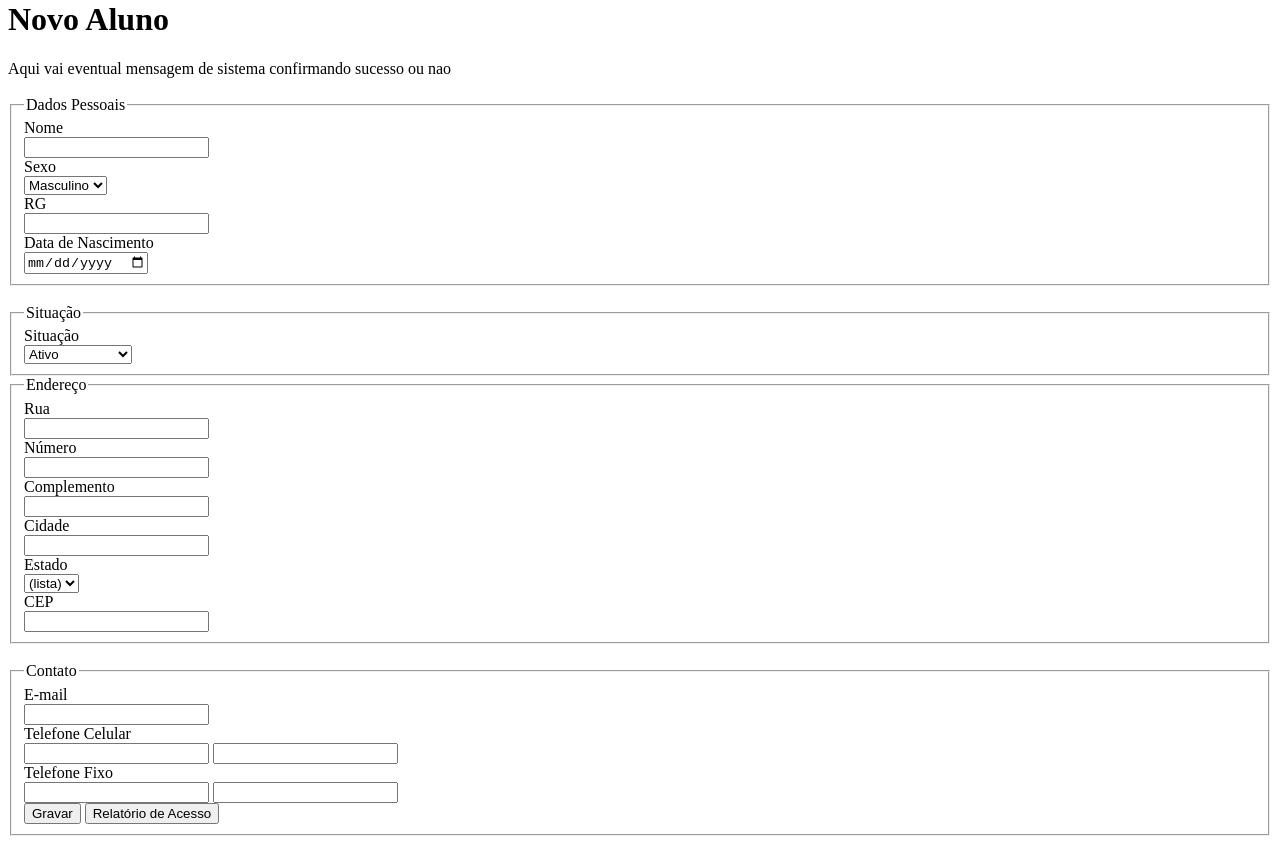
Repository: fabiodaemon/Loucademia
Page: Loucademia/WebContent/WEB-INF/novoAluno.html
These files come from the project's save history. The page is drawn as it stood at one moment and after the next save; the edit follows.
The browser window is 1280 px wide. The pictures show the part of the page from y = 422 to 1266 px (the page is 1266 px tall).
A picture or video elsewhere on the page could not be fetched, so the positions and the page height are approximate.

Above is the page before, as saved 2019-01-27 22:32:17.

### Loucademia/WebContent/WEB-INF/novoAluno.html
<!-- Cabeçalho - Início -->
<!DOCTYPE html>
	<head>
		<meta charset="utf-8">
		<title>Loucademia</title>
	</head>
	<body>
		<header>
			<img src="images/logo-saimoveis.jpg">
			<nav>
				<div>
					<a href="novoAluno.html">Novo Aluno</a><br>
					<a href="pesquisaDeAluno.html">Pesquisa de Aluno</a><br>
					<a href="controleDeAcesso.html">Controle de Acesso</a><br>
					<a href="relatoriosDeEntradaSaída.html">Relatórios de Entradas e Saídas</a><br>
					<a href="relatoriosDeSituacoes.html">Relatórios de Situações</a><br>
				</div>
			</nav>
		</header>
<!-- Cabeçalho - Fim -->

	<h1>Novo Aluno</h1>

	<div id="infoMessage"> Aqui vai eventual mensagem de sistema confirmando sucesso ou nao</div>

	<br>

	<form>

		<fieldset>
		<legend>Dados Pessoais</legend>

			<label for="nome">Nome</label> <br>
			<input type="text" name="nome" id="nome"><br>

			<label for="sexo">Sexo</label><br>
			<select name="sexo" id="sexo">
				<option>Masculino</option>
				<option>Feminino</option>
			</select><br>

			<label for="rg">RG</label> <br>
			<input type="text" name="rg" id="rg"><br>

			<label for="datadenascimento">Data de Nascimento</label> <br>
			<input type="date" name="datadenascimento" id="datadenascimento">

		</fieldset>

		<br>

		<fieldset>
			<legend>Situação</legend>

			<label for="situacao">Situação</label><br>
			<select name="situacao" id="situacao">
				<option>Ativo</option>
				<option>Inativo</option>
				<option>Em pendência</option>
			</select>
		</fieldset>

		<fieldset>
			<legend>Endereço</legend>

			<label for="rua">Rua</label><br>
			<input type="text" name="rua" id="rua"><br>

			<label for="rua">Número</label><br>
			<input type="text" name="numero" id="numero"><br>

			<label for="complemento">Complemento</label><br>
			<input type="text" name="complemento" id="complemento"><br>

			<label for="cidade">Cidade</label><br>
			<input type="text" name="cidade" id="cidade"><br>

			<label for="estado">Estado</label><br>
				<select name="estado" id="estado>">
					<option>(lista)</option>
				</select><br>

			<label for="cep">CEP</label><br>
			<input type="text" name="cep" id="cep"><br>

		</fieldset><br>


		<fieldset>
			<legend>Contato</legend>

			<label for="email">E-mail</label><br>
			<input type="email" name="email" id="email"><br>

			<label for="telefoneCelularDDD">Telefone Celular</label><br>
			<input type="tel" name="telefoneCelularDDD" id="telefoneCelularDDD">
			<input type="tel" name="telefoneCelularNumero" id="telefoneCelularNumero"><br>

			<label for="telefoneFixoDDD">Telefone Fixo</label><br>
			<input type="tel" name="telefoneFixoDDD" id="telefoneFixoDDD">
			<input type="tel" name="telefoneFixoNumero" id="telefoneFixoNumero">

			<br>

			<input type="submit" value="Gravar">
			<input type="button" value="Relatório de Acesso">
		</fieldset>

	</form>

<!-- Rodapé - Início -->
</body>
</html>
<!-- Rodapé - Fim -->

After the next save:
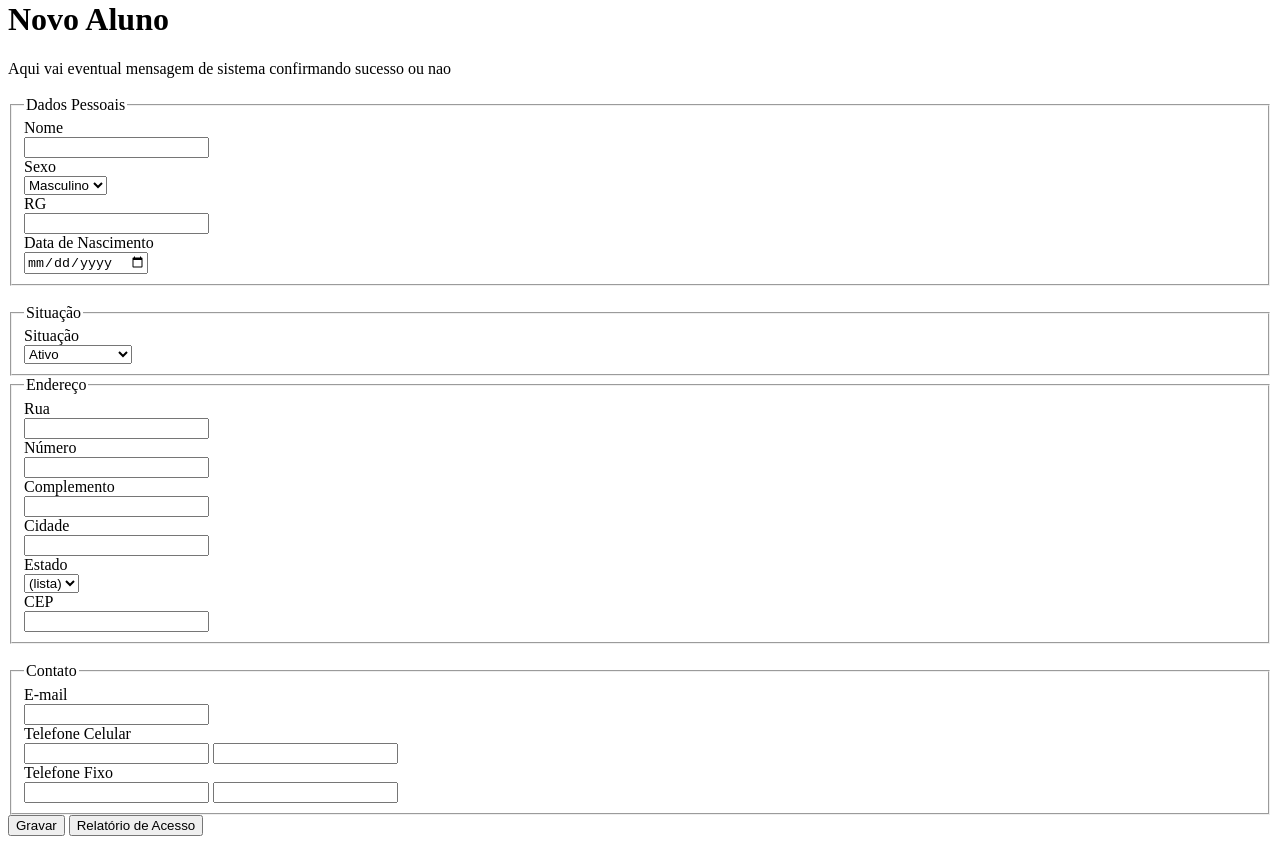
Saved 26 s later.
--- a/Loucademia/WebContent/WEB-INF/novoAluno.html
+++ b/Loucademia/WebContent/WEB-INF/novoAluno.html
@@ -101,10 +101,10 @@
 			<input type="tel" name="telefoneFixoNumero" id="telefoneFixoNumero">
 
 			<br>
+		</fieldset>
 
-			<input type="submit" value="Gravar">
-			<input type="button" value="Relatório de Acesso">
-		</fieldset>
+		<input type="submit" value="Gravar">
+		<input type="button" value="Relatório de Acesso">
 
 	</form>
 
